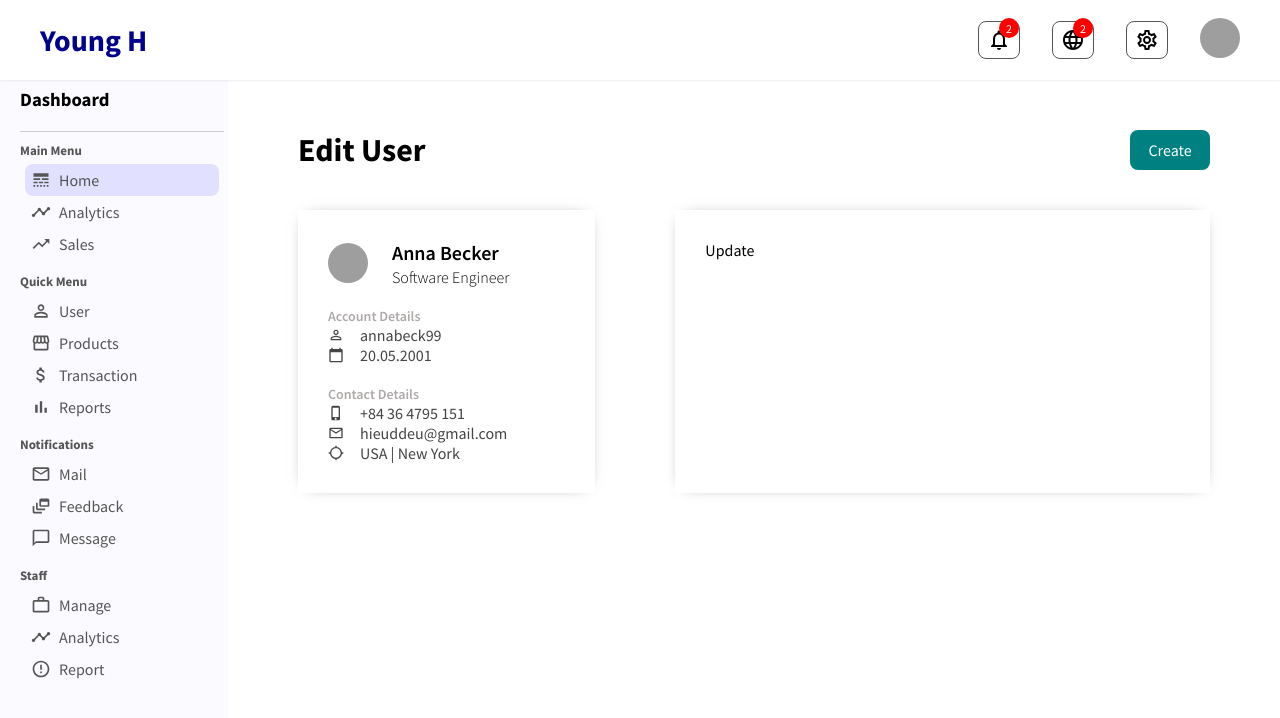
Repository: noname20011/admin
Page: /user/1
An editor plug-in stored every save of this project. The page is shown before and after the next save, followed by the edit.
The browser window is 1280 px wide. The pictures show the whole page.
Pictures or frames that could not be fetched are drawn as grey boxes. The project was rebuilt for these pictures with package versions that can differ from the ones it lists, and the page was loaded fresh each time. Also part of the build but not shown: src/pages/home/home.css, src/comopnents/featureInfo/feature.css, src/comopnents/featureInfo/Feature.jsx, src/comopnents/chart/chart.css, src/comopnents/chart/Chart.jsx, src/comopnents/widgetSm/widgetSm.css, src/comopnents/widgetSm/WidgetSm.jsx, src/comopnents/widgetLg/widgetLg.css and 5 more.

Above is the page before, as saved 2021-11-14 14:25:41.

After the next save:
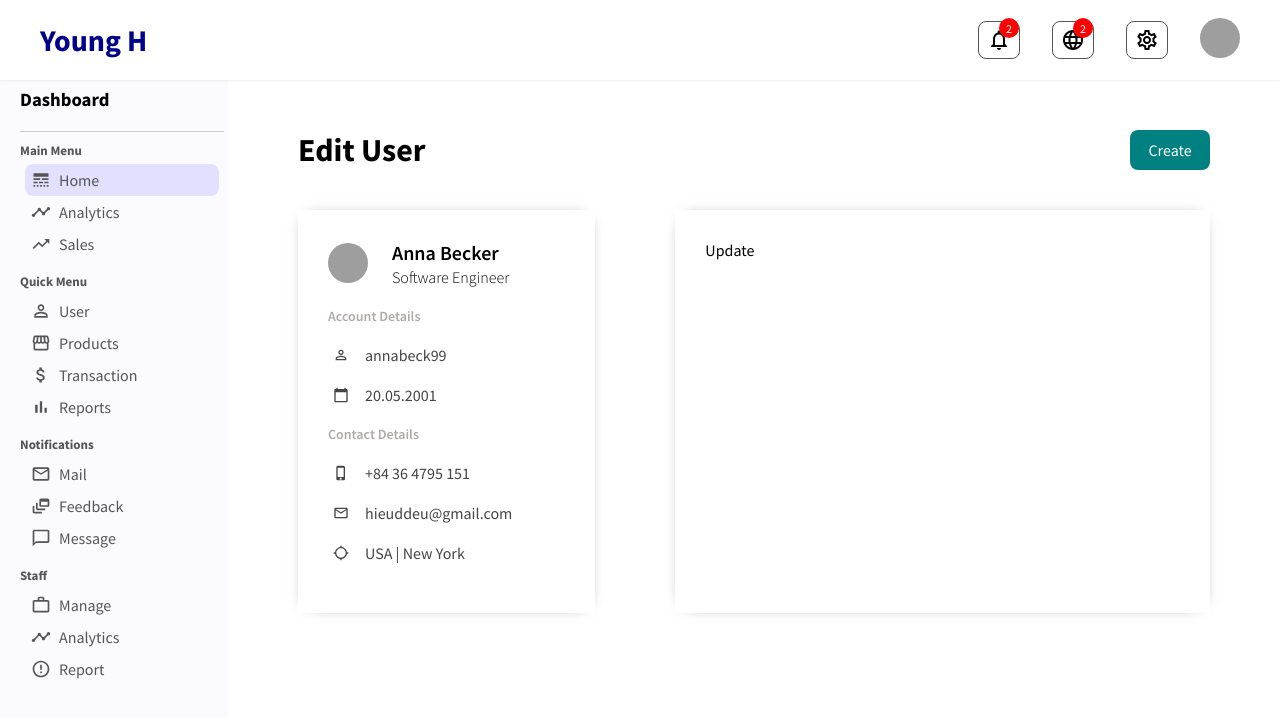
Saved 8 s later.
--- a/src/pages/user/user.css
+++ b/src/pages/user/user.css
@@ -76,7 +76,7 @@
     align-items: center;
     column-gap: 1rem;
 
-    margin-top: 20px 0 20px 5px;
+    margin: 20px 0 20px 5px;
     color: #444;
 }
 
